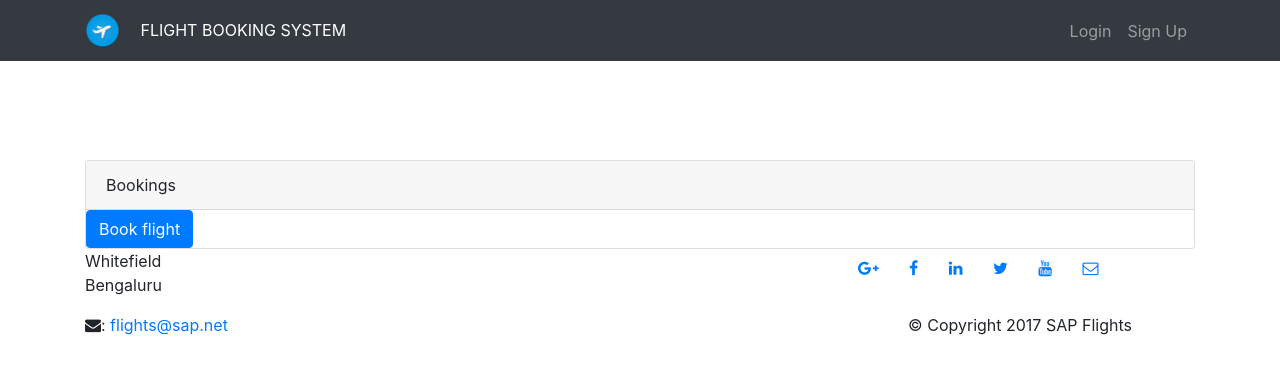
Repository: yashtatia/Spring-Practice
Page: http://localhost/FitnessTracker/WEB-INF/jsp/myBookings.jsp
These files come from the project's save history. The page is drawn as it stood at one moment and after the next save; the edit follows.
The browser window is 1280 px wide. The pictures show the whole page.
Some web libraries are served in a nearby version. The page is served by Tomcat 9. Nobody is signed in. Other server files are loaded and not shown. The template is opened directly, without the code that normally fills it, so the values that code supplies are empty.

Above is the page before, as saved 2017-09-06 15:01:08.

### FitnessTracker/src/main/webapp/WEB-INF/jsp/myBookings.jsp
<%@ taglib prefix="c" uri="http://java.sun.com/jsp/jstl/core"%>
<%@ taglib prefix="form" uri="http://www.springframework.org/tags/form" %>
<%@ taglib prefix="spring" uri="http://www.springframework.org/tags" %>

<jsp:include page="header.jsp" />

	<header class="jumbotron" style="background-color: white;">
	</header>

	<div class="container">
		<div class="card" style="max-width: 80rem;">
			<div class="card-header">
				Bookings
			</div>
			<c:forEach items="${myBookingsReport}" var="booking">

			<div class="card-block">
					<label>
					<i class="fa fa-plane" aria-hidden="true"></i>
				</label>
					<div class="row row-content">




						<div class="col-md-2 col-sm-2 col-xs-12">
								<div class="row row-content">
									<div class="col-md-5 padding-left nopadding-right text-right padding-down" ><label style="font-size: 50px;">${booking.day}</label></div>
									<div class="col-md-7 nopadding">
										<span class="align-top"><h3></h3></span>
										<span class="align-middle">${booking.weekday}</span>
										<span class="align-bottom">${booking.month}'${booking.year}</span>
									</div>
								</div>






						</div>
						<div class="col-md-5 col-sm-5 col-xs-12 text-center padding-top" style="height: 50%" >
							<label>${booking.source.airport_name} <i class="fa fa-fighter-jet" aria-hidden="true"></i> ${booking.destination.airport_name}</label>
						</div>
						<div class="col-md-5 col-sm-5 col-xs-12">
							<div><label>${booking.booking_status}</label></div>
							<div><label>Booking Id: ${booking.booking_id}</label></div>
							<div><label>Booked on: ${booking.booked_on}</label></div>


						</div>
					</div>
				</div>
				<div class="card-footer text-muted">
						<a href="#" class="btn btn-secondary">MANAGE BOOKING</a>
						<a href="#" class="btn btn-secondary">PRINT TICKET</a>
						<a href="cancelBooking.html?bookingId=${booking.booking_id}" class="btn btn-danger">Cancel Ticket</a>
				</div>


							</c:forEach>


					<c:if test="${myBookingsReport.size() == 0 }">
					<div class="header">
						<h1>No Bookings</h1>
					</div>
					</c:if>
					<div class="container" style="max-height: 300px;">
						<div class="row row-content">
							<div class="col-lg-offset-5">
								<a href="index.jsp" class="btn btn-large btn-primary" id="qw">Book flight</a>
							</div>
						</div>
					</div>
		</div>

	</div>


<jsp:include page="footer.jsp" />

### FitnessTracker/src/main/webapp/WEB-INF/jsp/header.jsp
<%@ taglib prefix="c" uri="http://java.sun.com/jsp/jstl/core"%>
<%@ taglib prefix="form" uri="http://www.springframework.org/tags/form" %>
<%@ taglib prefix="spring" uri="http://www.springframework.org/tags" %>
<!DOCTYPE html>
<html>
<head>
	<meta charset="utf-8">
    <meta http-equiv="X-UA-Compatible" content="IE=edge">
    <meta name="viewport" content="width=device-width, initial-scale=1, shrink-to-fit=no">
	<title>Search Flights</title>
	<link rel="stylesheet" href="https://maxcdn.bootstrapcdn.com/bootstrap/4.0.0-beta/css/bootstrap.min.css" integrity="sha384-/Y6pD6FV/Vv2HJnA6t+vslU6fwYXjCFtcEpHbNJ0lyAFsXTsjBbfaDjzALeQsN6M" crossorigin="anonymous">
	<link href="https://maxcdn.bootstrapcdn.com/font-awesome/4.7.0/css/font-awesome.min.css" rel="stylesheet">
	<link rel="stylesheet" type="text/css" href="assets/css/jquery-ui.css">
	<style type="text/css">
		.nopadding {
		   padding: 0 !important;
		   margin: 0 !important;
		}
		.padding-left {
			padding-left: 20px;
		}
		.nopadding-right {
			padding-right: 1px;
		}
		.padding-top {
			padding-top: 20px;
		}
		.padding-down {
			padding-bottom: 40px;
		}
		.vcenter {
		    display: inline-block;
		    vertical-align: middle;
		    float: none;
		}

		.table td, .table th {
			text-align: center;
			align-items: center;
			align-content: center;
		}

		.fa.fa-arrow-right:hover {
		    transform: rotate(180deg);
		}
		.fa.fa-arrow-right {
		    transition: transform 0.5s ;
		}

	</style>
</head>
<body>

	 <nav class="navbar navbar-expand-md navbar-dark bg-dark fixed-top">
            <div class="container">
                <div class="navbar-header">
	                <span><a class="navbar-brand" href="index.jsp"><img src="assets/img/sap.png" height=35 width=35></a></span>
	                <span style="color: white;">FLIGHT BOOKING SYSTEM</span>
                </div>

                <c:choose>
    				<c:when test="${not logInForm.loggedIn || logInForm == null}">
                       <ul class="navbar-nav bd-navbar-nav" style="cursor: pointer;">
	                        <li class="nav-item"><a class="nav-link" data-toggle="modal" data-target="#loginModal" id="login"><span class="glyphicon glyphicon-log-in"></span> Login</a></li>
	                        <li class="nav-item"><a class="nav-link" href="signUp.html"><span class="glyphicon glyphicon-log-in"></span> Sign Up</a></li>
	                    </ul>
	    			</c:when>
	    			<c:otherwise>
	                    <ul class="navbar-nav bd-navbar-nav" style="cursor: pointer;">
	                        <li class="nav-item dropdown">
	                            <a href="#" class="nav-link dropdown-toggle" data-toggle="dropdown"
	                             role="button" aria-haspopup="true" aria-expanded="false" style="color: white; ">
	                             <i class="fa fa-user-o" aria-hidden="true"></i>  ${userForm.fname} ${userForm.lname} <span class="caret"></span></a>
	                            <ul class="dropdown-menu">
	                                <li><a class="dropdown-item" href="#">Your Miles : ${userForm.air_miles}</a></li>
	                                <li><a class="dropdown-item" href="myBookings.html">MyBookings</a></li>
	                                <li><a class="dropdown-item" href="logout.html">Logout</a></li>
	                            </ul>
	                        </li>
	                    </ul>
	                </c:otherwise>
                </c:choose>


                </div>
        </nav>

    <c:if test="${logInForm.loggedIn == false || logInForm == null}">

	    <div id="loginModal" class="modal fade " role="dialog" aria-labelledby="loginModal" aria-hidden="true">
	        <div class="modal-dialog" style="max-width: 650px !important;">
	        <!-- Modal content-->
	        <div class="modal-content">
	            <div class="modal-header">
	                <h5 class="modal-title" id="exampleModalLabel">Login</h5>
			     	   <button type="button" class="close" data-dismiss="modal" aria-label="Close">
			        	  <span aria-hidden="true">&times;</span>
			       	 </button>
	            </div>
		        <div class="modal-body">
		            <form:form modelAttribute="logInForm" class="form-inline" id="loginForm" action="logIn.html" method="POST">
		                <div class="form-group">
		                    <label class="sr-only" for="InputEmail">Email address</label>
		                    <form:input path="username" type="email" class="form-control" id="Email" placeholder="Email" name="email" />
		                </div>
		                <div class="form-group mx-sm-3">
		                    <label class="sr-only" for="Password">Password</label>
		                    <form:input path="password" type="password" class="form-control" id="Password" placeholder="Password" name="password" />
		                </div>

	            		<div class="form-group mx-sm-3">
	            			<button type="button" class="btn btn-default btn-danger pull-right" data-dismiss="modal">Cancel</button>
		                	<button type="submit" class="btn btn-default btn-info pull-right">Sign in</button>
	            		</div>


	            	</form:form>
				</div>

	        </div>
	        </div>
	    </div>

    </c:if>

### FitnessTracker/src/main/webapp/WEB-INF/jsp/footer.jsp

	<footer class="row-footer">
        <div class="container">
            <div class="row row-content">

                <div class="col-md-8">
                    <address>
		              Whitefield<br>
		              Bengaluru<br>

                    </address>
                </div>
                <div class="col-md-4">
                    <div >
                        <a class="btn btn-social-icon btn-google-plus" href="http://google.com/+"><i class="fa fa-google-plus"></i></a>
                        <a class="btn btn-social-icon btn-facebook" href="http://www.facebook.com/profile.php?id="><i class="fa fa-facebook"></i></a>
                        <a class="btn btn-social-icon btn-linkedin" href="http://www.linkedin.com/in/"><i class="fa fa-linkedin"></i></a>
                        <a class="btn btn-social-icon btn-twitter" href="http://twitter.com/"><i class="fa fa-twitter"></i></a>
                        <a class="btn btn-social-icon btn-youtube" href="http://youtube.com/"><i class="fa fa-youtube"></i></a>
                        <a class="btn btn-social-icon" href="mailto:"><i class="fa fa-envelope-o"></i></a>
                    </div>
                </div>
             </div>
             <div class="row row-content">
                <div class="col-md-8">
		              <i class="fa fa-envelope"></i>:
                         <a href="mailto:flights@sap.net">
                         flights@sap.net</a>
                </div>
                <div class="col-md-4">
                    <p align=center> &copy; Copyright 2017 SAP Flights</p>
                </div>
             </div>
        </div>
    </footer>




<script src="https://code.jquery.com/jquery-3.2.1.slim.min.js" integrity="sha384-KJ3o2DKtIkvYIK3UENzmM7KCkRr/rE9/Qpg6aAZGJwFDMVNA/GpGFF93hXpG5KkN" crossorigin="anonymous"></script>
<script type="text/javascript" src="http://code.jquery.com/jquery-3.2.1.min.js"></script>
<script type="text/javascript" src="assets/js/jquery-ui.min.js"></script>
<script src="https://cdnjs.cloudflare.com/ajax/libs/popper.js/1.11.0/umd/popper.min.js" integrity="sha384-b/U6ypiBEHpOf/4+1nzFpr53nxSS+GLCkfwBdFNTxtclqqenISfwAzpKaMNFNmj4" crossorigin="anonymous"></script>
<script src="https://maxcdn.bootstrapcdn.com/bootstrap/4.0.0-beta/js/bootstrap.min.js" integrity="sha384-h0AbiXch4ZDo7tp9hKZ4TsHbi047NrKGLO3SEJAg45jXxnGIfYzk4Si90RDIqNm1" crossorigin="anonymous"></script>

<script>
        $().button('toggle');
        $(document).ready(function(){
            $("#login").click(function(){
                console.log("yo!");
                $("#loginModal").modal();
            });
        });

        $(document).ready(function(){
            $("#table").click(function(){
                $("#tableModal").modal();
            });
        });
</script>
</body>
</html>

Loaded but not shown: FitnessTracker/src/main/webapp/assets/css/jquery-ui.css (library); FitnessTracker/src/main/webapp/assets/js/jquery-ui.min.js (library)

After the next save:
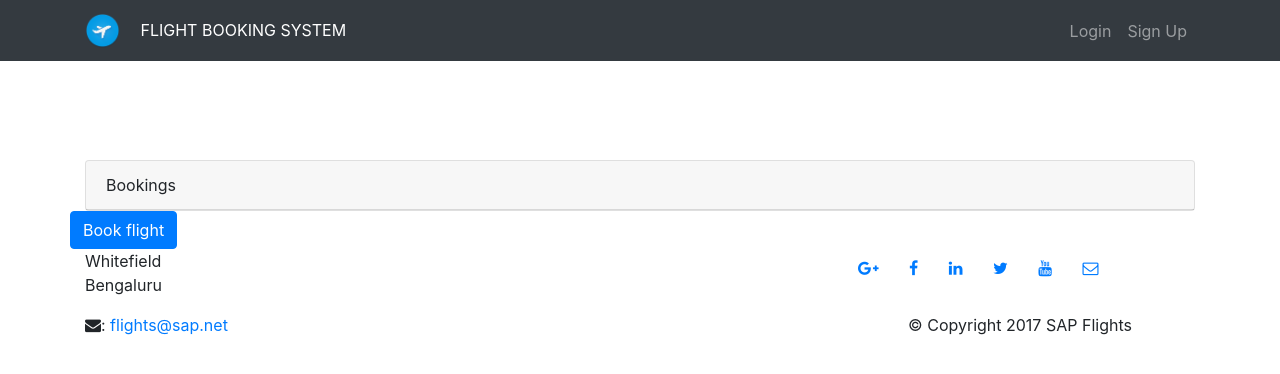
Saved 21 s later.
--- a/FitnessTracker/src/main/webapp/WEB-INF/jsp/myBookings.jsp
+++ b/FitnessTracker/src/main/webapp/WEB-INF/jsp/myBookings.jsp
@@ -66,16 +66,16 @@
 						<h1>No Bookings</h1>
 					</div>
 					</c:if>
-					<div class="container" style="max-height: 300px;">
+
+		</div>
+
+	</div>
+	<div class="container" style="max-height: 300px;">
 						<div class="row row-content">
 							<div class="col-lg-offset-5">
 								<a href="index.jsp" class="btn btn-large btn-primary" id="qw">Book flight</a>
 							</div>
 						</div>
 					</div>
-		</div>
-
-	</div>
-
 
 <jsp:include page="footer.jsp" />
